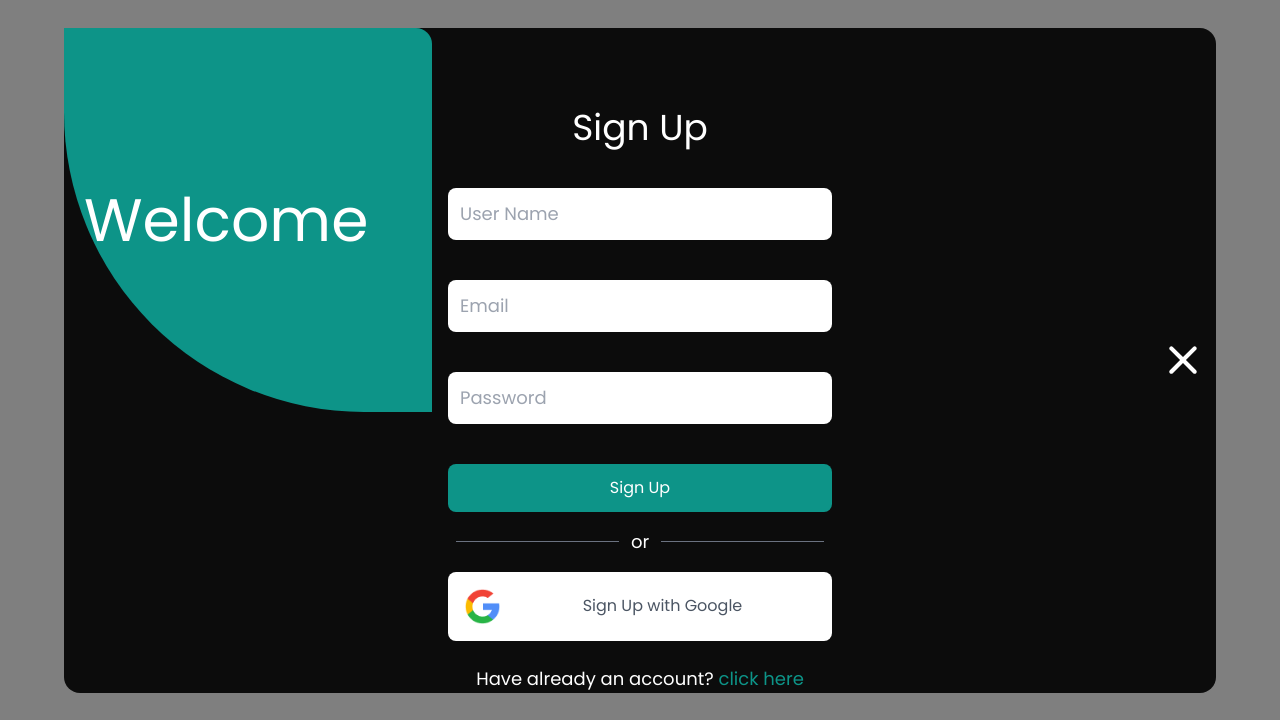
Repository: Ahmed77669/GT-Exams
Page: /
An editor plug-in stored every save of this project. The page is shown before and after the next save, followed by the edit.
The browser window is 1280 px wide. The pictures show the whole page.
The project was rebuilt for these pictures with package versions that can differ from the ones it lists, and the page was loaded fresh each time. The framework's server and built-in components were replaced by stand-ins that run in the browser. Also part of the build but not shown: next.config.mjs.

Above is the page before, as saved 2024-10-04 20:13:07.

After the next save:
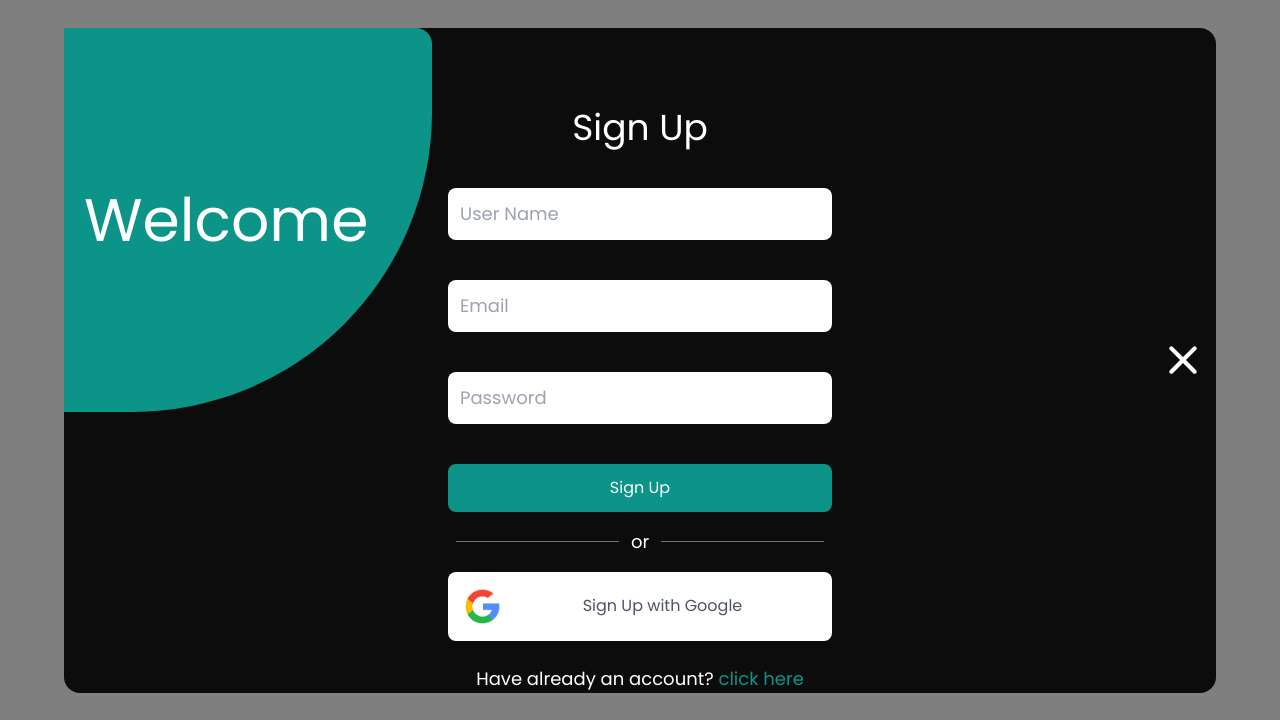
Saved 41 s later.
--- a/components/signup.tsx
+++ b/components/signup.tsx
@@ -40,7 +40,7 @@ const Signup: React.FC<SignupProps> = ({ closeSignup, toggleForm }) => {
         <div className="flex justify-center items-center h-screen">
           <div className="bg-black/90 w-full max-w-6xl rounded-2xl ">
             <div className="grid md:grid-cols-3 gap-6 text-white">
-              <div className="bg-teal-600 w-full h-96 rounded-tr-2xl rounded-bl-[300px] flex items-center">
+              <div className="bg-teal-600 w-full h-96 rounded-tr-2xl rounded-br-[300px] flex items-center">
                 <h1 className="text-6xl ml-5">Welcome</h1>
               </div>
               <div className="flex flex-col items-center justify-center mt-20">
